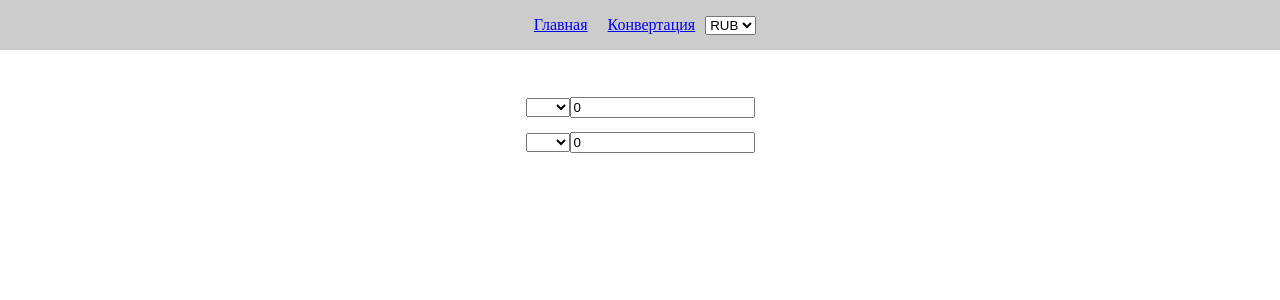
Repository: Friend689/vite-vue-currency-conversion
Page: /convert
An editor plug-in stored every save of this project. The page is shown before and after the next save, followed by the edit.
The browser window is 1280 px wide. The pictures show the whole page.
The page's requests for data from a server got no answer. The project was rebuilt for these pictures with package versions that can differ from the ones it lists, and the page was loaded fresh each time. No one was signed in, and anything a server would have sent is missing. Also part of the build but not shown: vite.config.js, src/views/Main.vue.

Above is the page before, as saved 2024-09-03 20:07:59.

### src/main.js
import { createApp } from 'vue'
import './style.css'
import App from './App.vue';
import router from './router';

createApp(App).use(router).mount('#app')

### src/style.css
* {
	box-sizing: border-box;
}

html, body, div, span, applet, object, iframe,
h1, h2, h3, h4, h5, h6, p, blockquote, pre,
a, abbr, acronym, address, big, cite, code,
del, dfn, em, img, ins, kbd, q, s, samp,
small, strike, strong, sub, sup, tt, var,
b, u, i, center,
dl, dt, dd, ol, ul, li,
fieldset, form, label, legend,
table, caption, tbody, tfoot, thead, tr, th, td,
article, aside, canvas, details, embed,
figure, figcaption, footer, header, hgroup,
menu, nav, output, ruby, section, summary,
time, mark, audio, video {
	margin: 0;
	padding: 0;
	border: 0;
	font-size: 100%;
	font: inherit;
	vertical-align: baseline;
}

html, body, #app {
	height: 100vh;
	width: 100vw;
}
/* HTML5 display-role reset for older browsers */
article, aside, details, figcaption, figure,
footer, header, hgroup, menu, nav, section {
	display: block;
}
body {
	line-height: 1;
}
ol, ul {
	list-style: none;
}
blockquote, q {
	quotes: none;
}
blockquote:before, blockquote:after,
q:before, q:after {
	content: '';
	content: none;
}
table {
	border-collapse: collapse;
	border-spacing: 0;
}

main {
	width: 100%;
  height: 100%;
}

.h-100 {
	height: 100%;
}

### src/App.vue
<script setup>
import { ref, onMounted } from "vue";
import Header from "@/components/ui/Header.vue";

const rates = ref({});
const currencies = ref(['usd', 'eur', 'rub']);
const selectedCurrency = ref('rub');

const changeCurrency = (currency) => {
  selectedCurrency.value = currency;
  getCurrencies();
};

const getCurrencies = () => {
  fetch("https://status.neuralgeneration.com/api/currency")
    .then(response => response.json())
    .then(data => {
      rates.value = {};
      for (const pair in data) {
        const [from, to] = pair.split('-');
        if (from === selectedCurrency.value) {
          rates.value[to] = data[pair].toFixed(2);
        } else if (to === selectedCurrency.value) {
          rates.value[from] = (1 / data[pair]).toFixed(2);
        }
      }
      // Добавляем RUB в список валют
      if (!rates.value['rub']) {
        rates.value['rub'] = 1
      }
    });
}

onMounted(() => {
  getCurrencies();
})
</script>

<template>
  <div class="main-wrap">
    <Header @change-currency="changeCurrency" />
    <main>
      <router-view :rates="rates" :currencies="currencies" />
    </main>
  </div>
</template>

<style scoped>
.main-wrap {
  /* height: 100%; */
  display: flex;
  flex-direction: column;
}

main {
  flex-grow: 1;
}
</style>

### src/router/index.js
import { createRouter, createWebHistory } from 'vue-router'

import Main from '@/views/Main.vue';
import Convert from '@/views/Convert.vue';


const routes = [
  { path: '/', component: Main },
  { path: '/convert', component: Convert },
]

export default createRouter({
  history: createWebHistory(),
  routes,
})

### src/components/ui/Header.vue
<script setup>
import { ref } from "vue";

const currencies = ref(["USD", "EUR", "RUB"]);
const selectedCurrency = ref("RUB");

const emit = defineEmits(["change-currency"])

const changeCurrency = () => {
  emit("change-currency", selectedCurrency.value)
}

</script>

<template>
  <header>
    <router-link to="/">Главная</router-link>
    <router-link to="/convert">Конвертация</router-link>
    <select v-model="selectedCurrency" @change="changeCurrency">
      <option v-for="currency in currencies" :key="currency" :value="currency">{{ currency }}</option>
    </select>
  </header>
</template>

<style scoped>
header {
  height: 50px;
  background-color: #ccc;
  display: flex;
  align-items: center;
  justify-content: center;
  padding: 0 10px;
}
header a {
  margin: 0 10px;
}
</style>

### src/views/Convert.vue
<script setup>
import { ref } from "vue";

const props = defineProps([
  "currencies",
  "rates"
]);

const fromCurrency = ref('RUB');
const toCurrency = ref('USD');
const fromValue = ref(0);
const toValue = ref(0);
const error = ref('');

const convert = () => {
  if (isNaN(fromValue.value) || isNaN(toValue.value)) {
    error.value = "Пожалуйста, введите числовое значение";
    return;
  }
  const fromRate = props.rates[fromCurrency.value.toLowerCase()];
  const toRate = props.rates[toCurrency.value.toLowerCase()];
  console.log(toRate, fromRate, props.rates);
  // if (fromValue.value) {
  //   toValue.value = (fromValue.value / fromRate) * toRate;
  // } else {
  //   fromValue.value = (toValue.value / toRate) * fromRate;
  // }
  // toValue.value = Number(toValue.value.toFixed(2));
  // fromValue.value = Number(fromValue.value.toFixed(2));
  if (fromValue.value) {
    const result = fromValue.value * fromRate / toRate
    if (!isNaN(result)) {
      toValue.value = Number(result.toFixed(2))
    } else {
      error.value = 'Ошибка конвертации'
    }
  } else {
    const result = toValue.value * toRate / fromRate
    if (!isNaN(result)) {
      fromValue.value = Number(result.toFixed(2))
    } else {
      error.value = 'Ошибка конвертации'
    }
  }
  error.value = "";
}
</script>

<template>
  <div class="page-convert">
    <form>
      <div>
        <select v-model="fromCurrency">
          <option v-for="currency in currencies" :key="currency" :value="currency">{{ currency }}</option>
        </select>
        <input type="number" v-model.number="fromValue" @input="convert" />
      </div>
      <div>
        <select v-model="toCurrency">
          <option v-for="currency in currencies" :key="currency" :value="currency">{{ currency }}</option>
        </select>
        <input type="number" v-model.number="toValue" @input="convert" />
      </div>
    </form>
    <p v-if="error">{{ error }}</p>
  </div>
</template>

<style scoped>
.page-convert {
  padding-top: 40px;
  text-align: center;
}
form {
  display: flex;
  flex-direction: column;
  align-items: center;
}

form div {
  margin: 7px;
}
</style>

Loaded but not shown: index.html (common file)

After the next save:
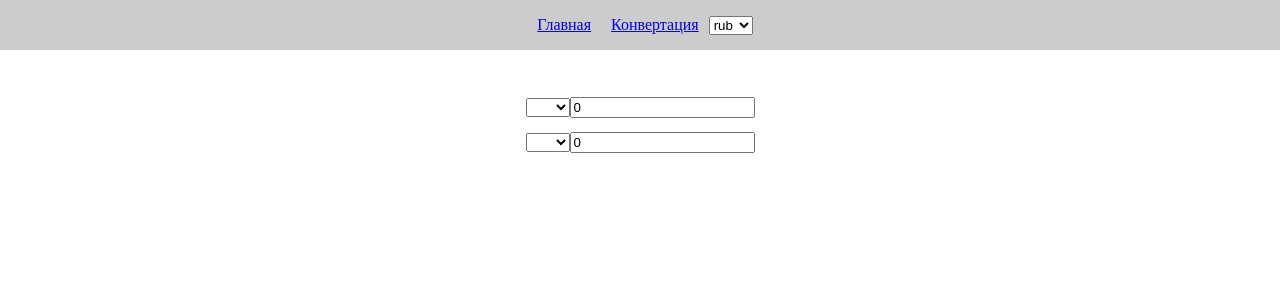
Saved 24 s later.
--- a/src/components/ui/Header.vue
+++ b/src/components/ui/Header.vue
@@ -1,8 +1,8 @@
 <script setup>
 import { ref } from "vue";
 
-const currencies = ref(["USD", "EUR", "RUB"]);
-const selectedCurrency = ref("RUB");
+const currencies = ref(["usd", "eur", "rub"]);
+const selectedCurrency = ref("rub");
 
 const emit = defineEmits(["change-currency"])
 

After the save that followed:
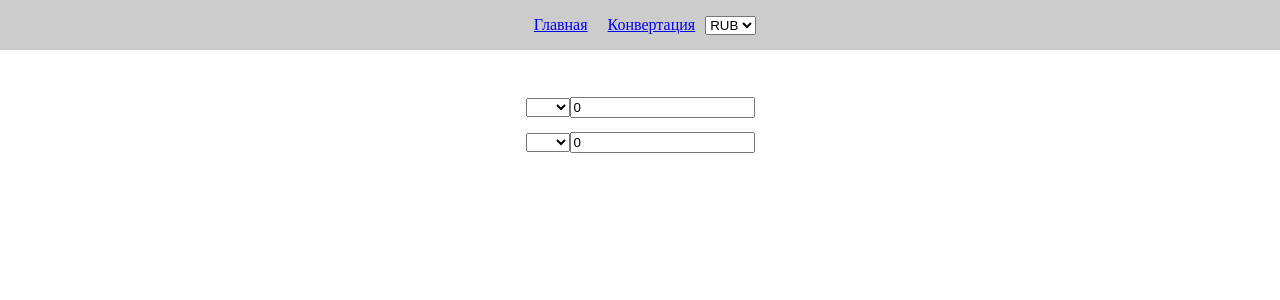
Saved 20 s later.
--- a/src/components/ui/Header.vue
+++ b/src/components/ui/Header.vue
@@ -17,7 +17,7 @@ const changeCurrency = () => {
     <router-link to="/">Главная</router-link>
     <router-link to="/convert">Конвертация</router-link>
     <select v-model="selectedCurrency" @change="changeCurrency">
-      <option v-for="currency in currencies" :key="currency" :value="currency">{{ currency }}</option>
+      <option v-for="currency in currencies" :key="currency" :value="currency">{{ currency.toUpperCase() }}</option>
     </select>
   </header>
 </template>
